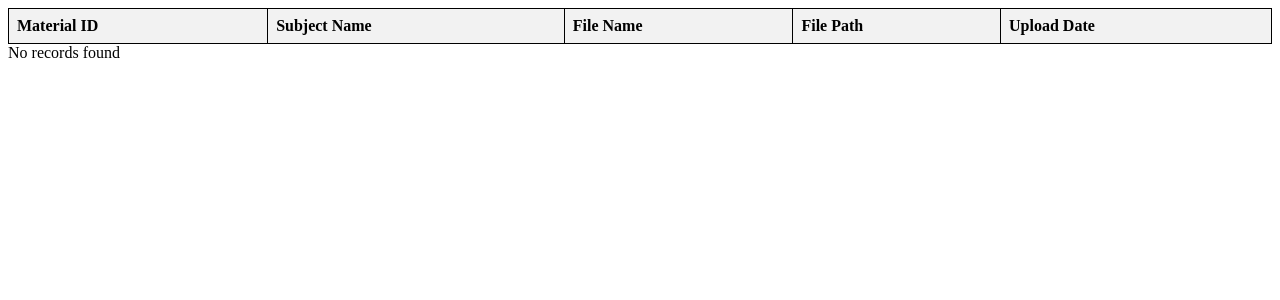
Repository: Acharya-Keerthana/Education
Page: http://localhost/education/third_sem/COD.php
The author's editor kept a copy of each file at every save. The page is drawn from the files as they stood at one save, then again after the next save.
The browser window is 1280 px wide. The pictures show the whole page.
The page is run by PHP 8.4 with error messages shown; the project is at /var/www/html/. Queries for data that is not in the repository find no rows.

Above is the page before, as saved 2024-04-16 05:56:40.

### third_sem/COD.php
<!DOCTYPE html>
<html>
<head>
    <link rel="stylesheet" type="text/css" href="styles.css">
</head>
<body>
    <div class="table-container">
        <table>
            <tr><th>Material ID</th><th>Subject Name</th><th>File Name</th><th>File Path</th><th>Upload Date</th></tr>
            <!-- The rows of the table will be generated dynamically by the PHP code -->
        </table>
    </div>
</body>
</html>
<?php
require 'database.php';

$sql = "SELECT sm.material_id, sm.file_name, sm.file_path, sm.upload_date, s.subject_name
        FROM study_materials sm
        JOIN subjects s ON sm.subject_id = s.subject_id WHERE s.subject_id= 2";

$result = $conn->query($sql);

if ($result->num_rows > 0) {
    // Start the table and add the header row
    echo "<table>";
    echo "<tr><th>Material ID</th><th>Subject Name</th><th>File Name</th><th>File Path</th><th>Upload Date</th></tr>";

    // Fetch each row and populate the table
    while ($row = $result->fetch_assoc()) {
        echo "<tr><td>" . $row["material_id"] . "</td><td>" . $row["subject_name"] . "</td><td>" . $row["file_name"] . "</td><td>" . $row["file_path"] . "</td><td>" . $row["upload_date"] . "</td></tr>";
    }
    echo "</table>";
} else {
    echo "No records found";
}
?>

### third_sem/database.php
<?php
error_reporting(0);
$servername="localhost";
$username="root";
$password="";
$database="education";

$conn=mysqli_connect($servername,$username,$password,$database);
if(!$conn){
die ("connection error".mysqli_connect_error());
}

### third_sem/styles.css
.table-container {
    width: 100%;
    overflow-x: auto;
}

table {
    border-collapse: collapse;
    width: 100%;
}

th, td {
    border: 1px solid black;
    padding: 8px;
    text-align: left;
}

th {
    background-color: #f2f2f2;
    font-weight: bold;
}

tr:nth-child(even) {
    background-color: #f2f2f2;
}

tr:hover {
    background-color: #ddd;
}

After the next save:
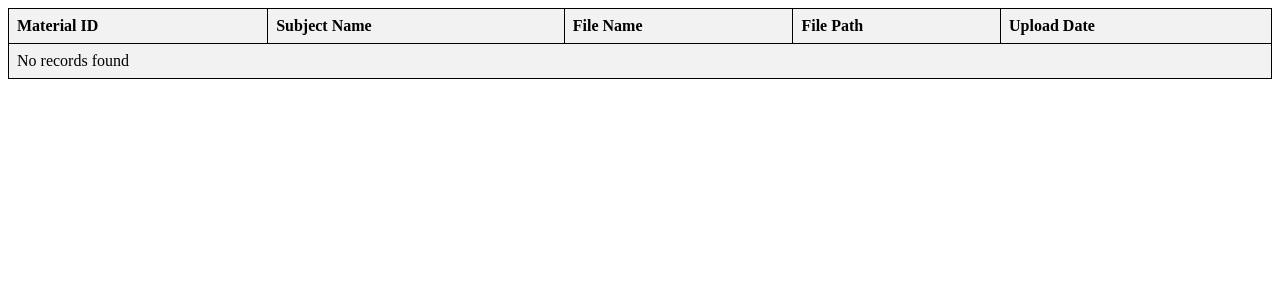
Saved 3 min 19 s later.
--- a/third_sem/COD.php
+++ b/third_sem/COD.php
@@ -7,31 +7,25 @@
     <div class="table-container">
         <table>
             <tr><th>Material ID</th><th>Subject Name</th><th>File Name</th><th>File Path</th><th>Upload Date</th></tr>
-            <!-- The rows of the table will be generated dynamically by the PHP code -->
+            <?php
+            require 'database.php';
+
+            $sql = "SELECT sm.material_id, sm.file_name, sm.file_path, sm.upload_date, s.subject_name
+                    FROM study_materials sm
+                    JOIN subjects s ON sm.subject_id = s.subject_id WHERE s.subject_id= 2";
+
+            $result = $conn->query($sql);
+
+            if ($result->num_rows > 0) {
+                // Fetch each row and populate the table
+                while ($row = $result->fetch_assoc()) {
+                    echo "<tr><td>" . $row["material_id"] . "</td><td>" . $row["subject_name"] . "</td><td>" . $row["file_name"] . "</td><td>" . $row["file_path"] . "</td><td>" . $row["upload_date"] . "</td></tr>";
+                }
+            } else {
+                echo "<tr><td colspan='5'>No records found</td></tr>";
+            }
+            ?>
         </table>
     </div>
 </body>
 </html>
-<?php
-require 'database.php';
-
-$sql = "SELECT sm.material_id, sm.file_name, sm.file_path, sm.upload_date, s.subject_name
-        FROM study_materials sm
-        JOIN subjects s ON sm.subject_id = s.subject_id WHERE s.subject_id= 2";
-
-$result = $conn->query($sql);
-
-if ($result->num_rows > 0) {
-    // Start the table and add the header row
-    echo "<table>";
-    echo "<tr><th>Material ID</th><th>Subject Name</th><th>File Name</th><th>File Path</th><th>Upload Date</th></tr>";
-
-    // Fetch each row and populate the table
-    while ($row = $result->fetch_assoc()) {
-        echo "<tr><td>" . $row["material_id"] . "</td><td>" . $row["subject_name"] . "</td><td>" . $row["file_name"] . "</td><td>" . $row["file_path"] . "</td><td>" . $row["upload_date"] . "</td></tr>";
-    }
-    echo "</table>";
-} else {
-    echo "No records found";
-}
-?>
